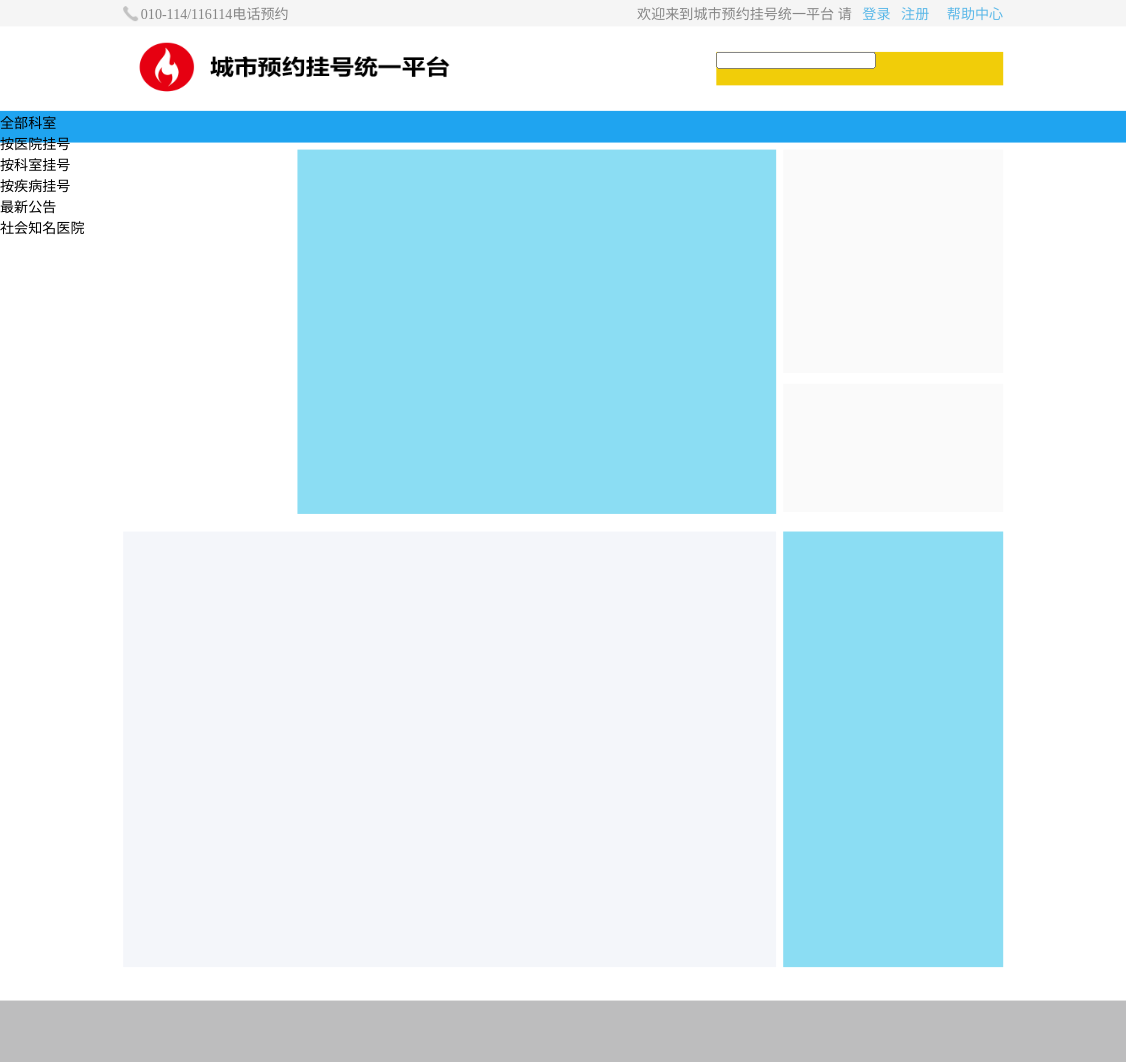
Repository: zhenzhen-gong/HospitalDemo
Page: index.html
These files come from the project's save history. The page is drawn as it stood at one moment and after the next save; the edit follows.
The browser window is 1280 px wide. The pictures show the whole page, at 88% of full size.

Above is the page before, as saved 2020-07-08 16:02:16.

After the next save:
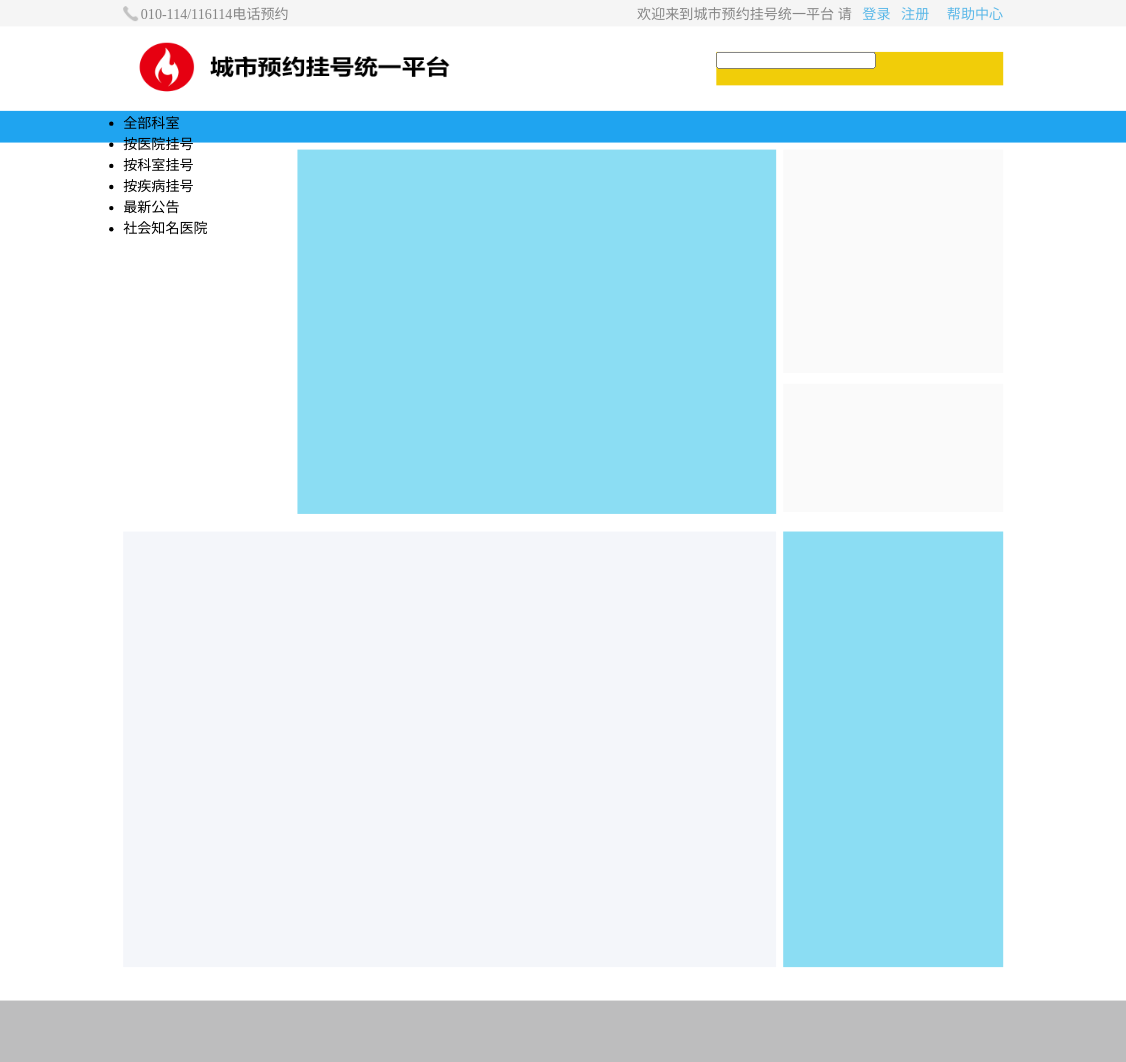
Saved 110 s later.
--- a/css/style.css
+++ b/css/style.css
@@ -56,6 +56,13 @@
     height: 36px;
     background: #1fa4f0;
 }
+.nav .nav-menu{
+    width: 1000px;
+    height: 100%;
+    margin: 0 auto;
+}
+
+
 /* banner部分 */
 .banner{
     height: 432px;
